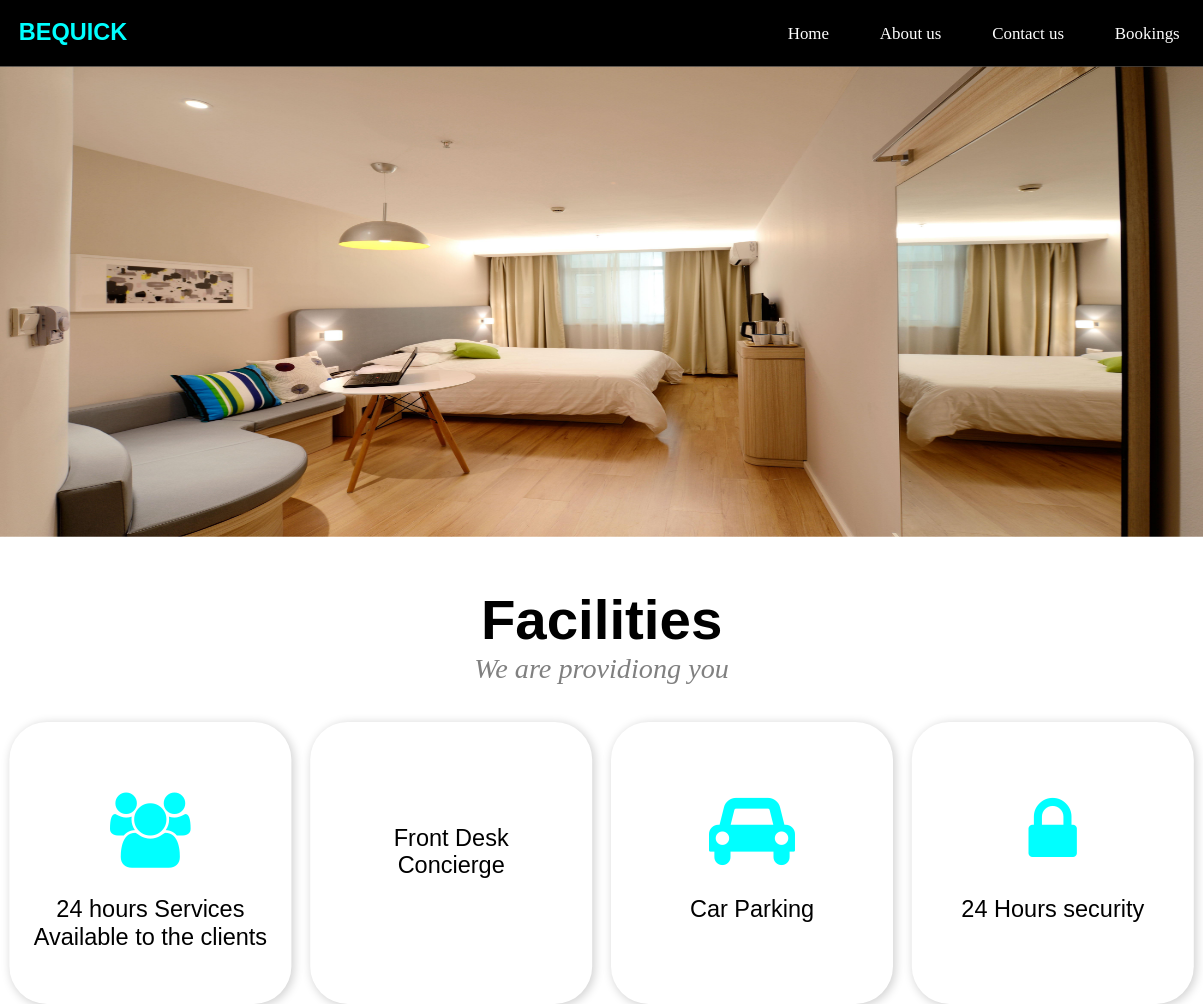
Repository: Ayushi6Sharma/BEQUICK_Hotel_Booking_Web
Page: index.html
These files come from the project's save history. The page is drawn as it stood at one moment and after the next save; the edit follows.
The browser window is 1280 px wide. The pictures show the whole page, at 94% of full size.

Above is the page before, as saved 2022-05-09 01:17:53.

### index.html
<!DOCTYPE html>
<html lang="en">
<head>
    <meta charset="UTF-8">
    <meta http-equiv="X-UA-Compatible" content="IE=edge">
    <meta name="viewport" content="width=device-width, initial-scale=1.0">
    <link rel="stylesheet" href="style.css">
    <!-- <link rel="stylesheet" href="https://cdn.jsdelivr.net/npm/@fortawesome/fontawesome-free@5.15.4/css/fontawesome.min.css" integrity="sha384-jLKHWM3JRmfMU0A5x5AkjWkw/EYfGUAGagvnfryNV3F9VqM98XiIH7VBGVoxVSc7" crossorigin="anonymous"> -->
    <!-- <link href="https://cdnjs.cloudflare.com/ajax/libs/font-awesome/5.13.0/css/all.min.css" rel="stylesheet"> -->
    <link rel="stylesheet" href="https://stackpath.bootstrapcdn.com/font-awesome/4.7.0/css/font-awesome.min.css" integrity="sha384-wvfXpqpZZVQGK6TAh5PVlGOfQNHSoD2xbE+QkPxCAFlNEevoEH3Sl0sibVcOQVnN" crossorigin="anonymous">

</head>
    <title>Document</title>
</head>
<body>
    <main>
        <nav class="nav">

            <ul class="nav-list">
                <span class="logo">BEQUICK</span>
                <li><a href="#">Home</a></li>
                <li><a href="#">About us</a></li>
                <li><a href="#">Contact us</a></li>
                <li><a href="#">Bookings</a></li>
            </ul>
        </nav>
        <section>
            <div class="hotel-main-image">
                <!-- <div class="bookings-btn">Bookings</div> -->
                <img src="./images/hotel-img-2.jpg" class="hotel-img-2">
            </div>
        </section>
        <!-- section 2  -->
        <section>
            <div class="section2-facilities">
               <div class="main-facilities">Facilities</div>
                <div class="main-facilities-lower">We are providiong you </div>
            </div>
            <div class="flex1-container1">
                <div class="flex1-item1">
                    <div class="facilities">
                        <i class="fa fa-users fa-5x"></i>
                        <div class="facilities-content">
                            24 hours Services Available to the clients
                        </div>
                    </div>
                </div>
                <div class="flex1-item2">
                    <div class="facilities">
                        <i class="fa fa-message fa-5x"></i>
                        <div class="facilities-content">
                            Front Desk
                            <br/>Concierge
                        </div>
                    </div>
                </div>
                <div class="flex1-item3">
                    <div class="facilities">
                        <i class="fa fa-car fa-5x"></i>
                        <div class="facilities-content">
                            Car Parking
                        </div>
                    </div>
                </div>
                <div class="flex1-item4">
                    <div class="facilities">
                        <i class="fa fa-lock fa-5x"></i>
                        <div class="facilities-content">
                            24 Hours security
                        </div>
                    </div>
                </div>
            </div>
        </section>
    </main>
</body>
</html>

### style.css
*
{
    padding: 0px;
    margin: 0px;
    box-sizing: border-box;
}
/* nav */
.nav
{
    background-color: black;
}
.nav-list
{
    list-style-type:none;
    width: 100%;
    text-align: end;
}
.nav-list > li
{
    display: inline-block;
    padding: 25px;
    font-size: 18px;
}
.nav-list li a
{
    text-decoration: none;
    color:white;
}
.nav-list li a:hover
{
    color: aquamarine;
}
.logo
{
    padding: 20px;
    color:aqua;
    float: left;
    font-size: 25px;
    font-weight: bolder;
    font-family: sans-serif;
}
/* section 1 */
/* main image */
.hotel-img-2
{
    width: 100%;
    height:500px;
}
hotel-main-image
{
    position: relative;
}
/* .bookings-btn
{
    width:250px;
    height: 60px;
    background-color: black;
    color:white;
    border-radius: 40px;
    text-align: center;
    padding-top: 15px;
    font-size:25px;
    font-family: sans-serif;
    position: absolute;
} */

/* section 2 */
.flex1-container1
{
    display: flex;
    flex-direction: row;
    flex-wrap: wrap;
    margin-top: 40px;
    justify-content: space-around;
}
/* Facilities */
.section2-facilities
{
    text-align: center;
    margin-top:50px;
}
.main-facilities
{
    font-size: 60px;
    font-weight: bold;
    font-family: sans-serif;
}
.main-facilities-lower
{
    font-size: 30px;
    font-style: italic;
    color:grey;
}
.facilities
{
    width:300px;
    height:300px;
    text-align:center;
    border-radius: 40px;
    box-shadow: 2px 2px 10px 1px lightgrey;
}
.fa
{
    color:aqua;
    margin-top:25%;
}
.facilities-content
{   margin-top: 30px;
    font-size: 25px;
    font-family:sans-serif;
}

After the next save:
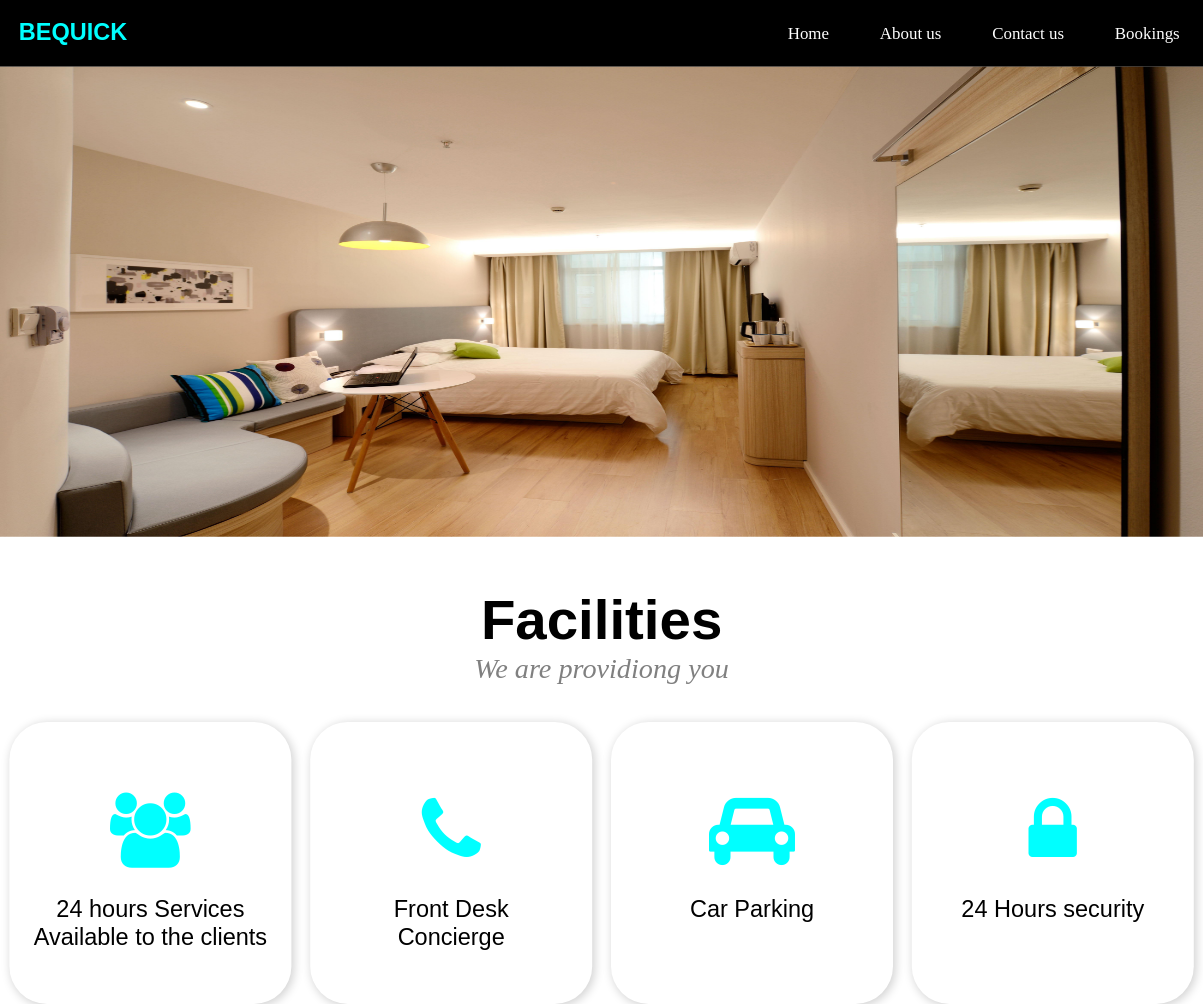
Saved 17 s later.
--- a/index.html
+++ b/index.html
@@ -47,7 +47,7 @@
                 </div>
                 <div class="flex1-item2">
                     <div class="facilities">
-                        <i class="fa fa-message fa-5x"></i>
+                        <i class="fa fa-phone fa-5x"></i>
                         <div class="facilities-content">
                             Front Desk
                             <br/>Concierge

After the save that followed:
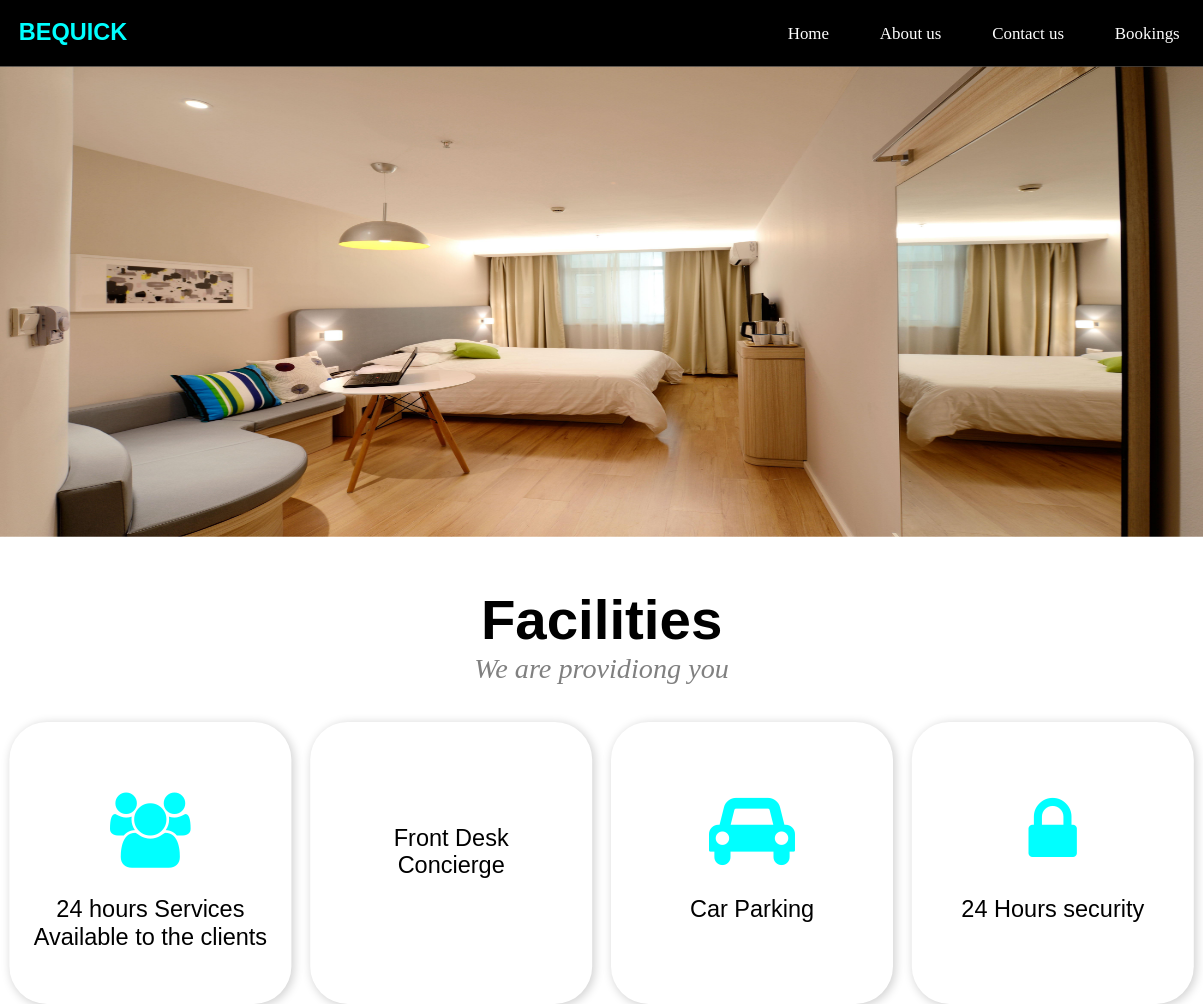
Saved 21 s later.
--- a/index.html
+++ b/index.html
@@ -47,7 +47,7 @@
                 </div>
                 <div class="flex1-item2">
                     <div class="facilities">
-                        <i class="fa fa-phone fa-5x"></i>
+                        <i class="fa fa-client fa-5x"></i>
                         <div class="facilities-content">
                             Front Desk
                             <br/>Concierge
